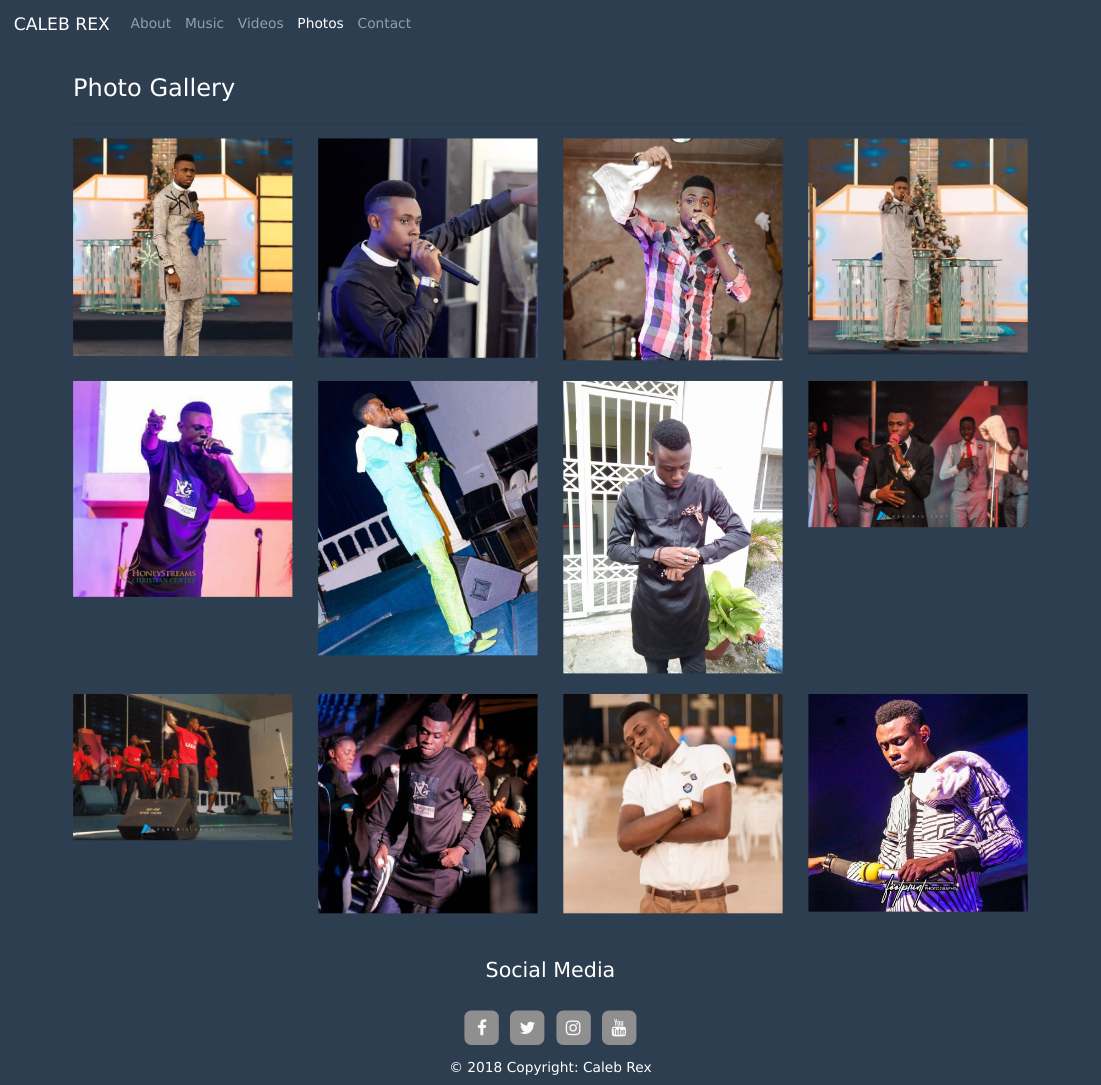
Repository: IchaTreasure/caleb-rex
Page: photos.html
The author's editor kept a record of every edit. The page is drawn from the files as they stood at one moment, then again after the next edit.
The browser window is 1280 px wide. The pictures show the whole page, at 86% of full size.
Some web libraries are served in a nearby version.

Above is the page before.

### photos.html
<!DOCTYPE html>
<html lang="en">

<head>
    <meta charset="UTF-8">
    <meta name="viewport" content="width=device-width, initial-scale=1.0">
    <meta http-equiv="X-UA-Compatible" content="ie=edge">
    <link rel="stylesheet" href="https://maxcdn.bootstrapcdn.com/bootstrap/4.1.3/css/bootstrap.min.css">
    <link rel="stylesheet" href="https://use.fontawesome.com/releases/v5.6.1/css/all.css" integrity="sha384-gfdkjb5BdAXd+lj+gudLWI+BXq4IuLW5IT+brZEZsLFm++aCMlF1V92rMkPaX4PP" crossorigin="anonymous">
    <link rel="stylesheet" href="https://stackpath.bootstrapcdn.com/bootstrap/4.3.1/css/bootstrap.min.css" type="text/css" />
    <link rel="stylesheet" href="https://stackpath.bootstrapcdn.com/font-awesome/4.7.0/css/font-awesome.min.css" type="text/css" />
    <link rel="stylesheet" href="https://cdnjs.cloudflare.com/ajax/libs/hover.css/2.3.1/css/hover-min.css" type="text/css" />
    <link href="https://fonts.googleapis.com/css?family=Roboto:400,700" rel="stylesheet">
    <link rel="stylesheet" href="css/style.css" type="text/css" />
    <title>Caleb Rex</title>
</head>

<body style="background-color: #2c3e50">
    <!-- Navigation Bar -->
    <nav class="navbar navbar-expand-md navbar-dark fixed-top" style="background-color: #2c3e50">
        <a class="navbar-brand" href="index.html">CALEB REX</a>
        <button class="navbar-toggler" type="button" data-toggle="collapse" data-target="#navbarsExampleDefault" aria-controls="navbarsExampleDefault" aria-expanded="false" aria-label="Toggle navigation">
    <span class="navbar-toggler-icon"></span>
  </button>

        <div class="collapse navbar-collapse" id="navbarsExampleDefault">
            <ul class="navbar-nav mr-auto">
                <li class="nav-item right" data-toggle="collapse" data-target=".navbar-collapse.show">
                    <a class="nav-link" href="about.html">About</a>
                </li>
                <li class="nav-item right" data-toggle="collapse" data-target=".navbar-collapse.show">
                    <a class="nav-link" href="music.html">Music</a>
                </li>
                <li class="nav-item right" data-toggle="collapse" data-target=".navbar-collapse.show">
                    <a class="nav-link" href="videos.html">Videos</a>
                </li>
                <li class="nav-item right" data-toggle="collapse" data-target=".navbar-collapse.show">
                    <a class="nav-link active-page" href="photos.html">Photos</a>
                </li>
                <li class="nav-item right" data-toggle="collapse" data-target=".navbar-collapse.show">
                    <a class="nav-link" href="contact.html">Contact</a>
                </li>
            </ul>
        </div>
    </nav>

    <!-- Photo section
    <section style="background-color: #2c3e50; background-image: url('images/photos-page.png'); Width: 100%;"> -->
    <Section>
        <div class="container" Style="padding-top: 30px">
            <div class="row">
                <h3 style="padding-left: 15px; color: white;">Photo Gallery</h3>
            </div>
            <hr style = "color: white;">
            <div class="row">
                <!-- Modal: Image 1 -->
                <div class="col-sm-3">
                    <a class="d-block mb-4 h-100">
            <img class="img-fluid img-hover" src="images/Caleb1.jpg" data-toggle="modal" data-target="#Image1" alt="Caleb 1" style="width: 100%">
          </a>
                    <!-- Modal Content -->
                    <div class="modal fade" id="Image1" tabindex="-1" role="dialog" aria-hidden="true">
                        <div class="modal-dialog modal-lg" role="document">
                            <div class="modal-body">
                                <img class="img-fluid" src="images/Caleb1.jpg" alt="Caleb 1">
                            </div>
                        </div>
                    </div>
                </div>

                <!-- Modal: Image 2 -->
                <div class="col-sm-3">
                    <a class="d-block mb-4 h-100">
            <img class="img-fluid img-hover" src="images/Caleb2.jpg" data-toggle="modal" data-target="#Image2" alt="Caleb 2" style="width: 100%">
          </a>
                    <!-- Modal Content -->
                    <div class="modal fade" id="Image2" tabindex="-1" role="dialog" aria-hidden="true">
                        <div class="modal-dialog modal-lg" role="document">
                            <div class="modal-body">
                                <img class="img-fluid" src="images/Caleb2.jpg" alt="Caleb 2">
                            </div>
                        </div>
                    </div>
                </div>

                <!-- Modal: Image 3 -->
                <div class="col-sm-3">
                    <a class="d-block mb-4 h-100">
            <img class="img-fluid img-hover" src="images/Caleb3.jpg" data-toggle="modal" data-target="#Image3" alt="Caleb 3" style="width: 100%">
          </a>
                    <!-- Modal Content -->
                    <div class="modal fade" id="Image3" tabindex="-1" role="dialog" aria-hidden="true">
                        <div class="modal-dialog modal-lg" role="document">
                            <div class="modal-body">
                                <img class="img-fluid" src="images/Caleb3.jpg" alt="Caleb 3">
                            </div>
                        </div>
                    </div>
                </div>

                <!-- Modal: Image 4 -->
                <div class="col-sm-3">
                    <a class="d-block mb-4 h-100">
            <img class="img-fluid img-hover" src="images/Caleb4.jpg" data-toggle="modal" data-target="#Image4" alt="Caleb 4" style="width: 100%">
          </a>
                    <!-- Modal Content -->
                    <div class="modal fade" id="Image4" tabindex="-1" role="dialog" aria-hidden="true">
                        <div class="modal-dialog modal-lg" role="document">
                            <div class="modal-body">
                                <img class="img-fluid" src="images/Caleb4.jpg" alt="Caleb 4">
                            </div>
                        </div>
                    </div>
                </div>
            </div>

            <div class="row">
                <!-- Modal: Image 5 -->
                <div class="col-sm-3">
                    <a class="d-block mb-4 h-100">
            <img class="img-fluid img-hover" src="images/Caleb5.jpg" data-toggle="modal" data-target="#Image5" alt="Caleb 5" style="width: 100%">
          </a>
                    <!-- Modal Content -->
                    <div class="modal fade" id="Image5" tabindex="-1" role="dialog" aria-hidden="true">
                        <div class="modal-dialog modal-lg" role="document">
                            <div class="modal-body">
                                <img class="img-fluid" src="images/Caleb5.jpg" alt="Caleb 5">
                            </div>
                        </div>
                    </div>
                </div>

                <!-- Modal: Image 6 -->
                <div class="col-sm-3">
                    <a class="d-block mb-4 h-100">
            <img class="img-fluid img-hover" src="images/Caleb6.jpg" data-toggle="modal" data-target="#Image6" alt="Caleb 6" style="width: 100%">
          </a>
                    <!-- Modal Content -->
                    <div class="modal fade" id="Image6" tabindex="-1" role="dialog" aria-hidden="true">
                        <div class="modal-dialog modal-lg" role="document">
                            <div class="modal-body">
                                <img class="img-fluid" src="images/Caleb6.jpg" alt="Caleb 6">
                            </div>
                        </div>
                    </div>
                </div>

                <!-- Modal: Image 7 -->
                <div class="col-sm-3">
                    <a class="d-block mb-4 h-100">
            <img class="img-fluid img-hover" src="images/Caleb7.jpg" data-toggle="modal" data-target="#Image7" alt="Caleb 7" style="width: 100%">
          </a>
                    <!-- Modal Content -->
                    <div class="modal fade" id="Image7" tabindex="-1" role="dialog" aria-hidden="true">
                        <div class="modal-dialog modal-lg" role="document">
                            <div class="modal-body">
                                <img class="img-fluid" src="images/Caleb7.jpg" alt="Caleb 7">
                            </div>
                        </div>
                    </div>
                </div>

                <!-- Modal: Image 8 -->
                <div class="col-sm-3">
                    <a class="d-block mb-4 h-100">
            <img class="img-fluid img-hover" src="images/Caleb8.jpg" data-toggle="modal" data-target="#Image8" alt="Caleb 8" style="width: 100%">
          </a>
                    <!-- Modal Content -->
                    <div class="modal fade" id="Image8" tabindex="-1" role="dialog" aria-hidden="true">
                        <div class="modal-dialog modal-lg" role="document">
                            <div class="modal-body">
                                <img class="img-fluid" src="images/Caleb8.jpg" alt="Caleb 8">
                            </div>
                        </div>
                    </div>
                </div>
            </div>

            <div class="row">
                <!-- Modal: Image 9 -->
                <div class="col-sm-3">
                    <a class="d-block mb-4 h-100">
            <img class="img-fluid img-hover" src="images/Caleb9.jpg" data-toggle="modal" data-target="#Image9" alt="Caleb 9" style="width: 100%">
          </a>
                    <!-- Modal Content -->
                    <div class="modal fade" id="Image9" tabindex="-1" role="dialog" aria-hidden="true">
                        <div class="modal-dialog modal-lg" role="document">
                            <div class="modal-body">
                                <img class="img-fluid" src="images/Caleb9.jpg" alt="Caleb 9">
                            </div>
                        </div>
                    </div>
                </div>

                <!-- Modal: Image 10 -->
                <div class="col-sm-3">
                    <a class="d-block mb-4 h-100">
            <img class="img-fluid img-hover" src="images/Caleb11.jpg" data-toggle="modal" data-target="#Image11" alt="Caleb 10" style="width: 100%">
          </a>
                    <!-- Modal Content -->
                    <div class="modal fade" id="Image11" tabindex="-1" role="dialog" aria-hidden="true">
                        <div class="modal-dialog modal-lg" role="document">
                            <div class="modal-body">
                                <img class="img-fluid" src="images/Caleb11.jpg" alt="Caleb 10">
                            </div>
                        </div>
                    </div>
                </div>

                <!-- Modal: Image 11 -->
                <div class="col-sm-3">
                    <a class="d-block mb-4 h-100">
            <img class="img-fluid img-hover" src="images/Caleb12.jpg" data-toggle="modal" data-target="#Image12" alt="Caleb 11" style="width: 100%">
          </a>
                    <!-- Modal Content -->
                    <div class="modal fade" id="Image12" tabindex="-1" role="dialog" aria-hidden="true">
                        <div class="modal-dialog modal-lg" role="document">
                            <div class="modal-body">
                                <img class="img-fluid" src="images/Caleb12.jpg" alt="Caleb 11">
                            </div>
                        </div>
                    </div>
                </div>

                <!-- Modal: Image 12 -->
                <div class="col-sm-3">
                    <a class="d-block mb-4 h-100">
            <img class="img-fluid img-hover" src="images/Caleb14.jpg" data-toggle="modal" data-target="#Image14" alt="Caleb 12" style="width: 100%">
          </a>
                    <!-- Modal Content -->
                    <div class="modal fade" id="Image14" tabindex="-1" role="dialog" aria-hidden="true">
                        <div class="modal-dialog modal-lg" role="document">
                            <div class="modal-body">
                                <img class="img-fluid" src="images/Caleb14.jpg" alt="Caleb 12">
                            </div>
                        </div>
                    </div>
                </div>
            </div>
        </div>
    </section>

    <!-- Footer -->
    <footer class="py-1" style="background-color: #2c3e50; text-align: center;">
        <div class="container">
            <br>
            <h4 style = "color: white">Social Media</h4>
            <br>
            <ul class="list-inline social-links">
                <li class="list-inline-item">
                    <a target="_blank" href="https://www.facebook.com/caleb.rex.96"><i class = " fa fa-facebook" aria-hidden="true"></i><span class = "sr-only">Facebook</span></a>
                </li>
                <li class="list-inline-item">
                    <a target="_blank" href="https://twitter.com/calebrex01"><i class = " fa fa-twitter" aria-hidden="true"></i><span class = "sr-only">Twitter</span></a>
                </li>
                <li class="list-inline-item">
                    <a target="_blank" href="https://www.instagram.com/caleb.rex01/"><i class = " fa fa-instagram" aria-hidden="true"></i><span class = "sr-only">Instagram</span></a>
                </li>
                <li class="list-inline-item">
                    <a target="_blank" href="https://www.youtube.com/channel/UC_B7e65upco510Sio9dZJhg"><i class = " fa fa-youtube" aria-hidden="true"></i><span class = "sr-only">Youtube</span></a>
                </li>
            </ul>
        </div>

        <h6 style="text-align: center; color: white;">© 2018 Copyright: Caleb Rex</h6>
        <!-- /.container -->
    </footer>
    <!-- Bootstrap core JavaScript -->
    <script src="https://code.jquery.com/jquery-3.3.1.slim.min.js" integrity="sha384-q8i/X+965DzO0rT7abK41JStQIAqVgRVzpbzo5smXKp4YfRvH+8abtTE1Pi6jizo" crossorigin="anonymous"></script>
    <script src="https://cdnjs.cloudflare.com/ajax/libs/popper.js/1.14.3/umd/popper.min.js" integrity="sha384-ZMP7rVo3mIykV+2+9J3UJ46jBk0WLaUAdn689aCwoqbBJiSnjAK/l8WvCWPIPm49" crossorigin="anonymous"></script>
    <script src="https://stackpath.bootstrapcdn.com/bootstrap/4.1.3/js/bootstrap.min.js" integrity="sha384-ChfqqxuZUCnJSK3+MXmPNIyE6ZbWh2IMqE241rYiqJxyMiZ6OW/JmZQ5stwEULTy" crossorigin="anonymous"></script>
    <script src="https://code.jquery.com/jquery-3.3.1.slim.min.js" integrity="sha384-q8i/X+965DzO0rT7abK41JStQIAqVgRVzpbzo5smXKp4YfRvH+8abtTE1Pi6jizo" crossorigin="anonymous"></script>
    <script src="https://cdnjs.cloudflare.com/ajax/libs/popper.js/1.14.7/umd/popper.min.js" integrity="sha384-UO2eT0CpHqdSJQ6hJty5KVphtPhzWj9WO1clHTMGa3JDZwrnQq4sF86dIHNDz0W1" crossorigin="anonymous"></script>
    <script src="https://stackpath.bootstrapcdn.com/bootstrap/4.3.1/js/bootstrap.min.js" integrity="sha384-JjSmVgyd0p3pXB1rRibZUAYoIIy6OrQ6VrjIEaFf/nJGzIxFDsf4x0xIM+B07jRM" crossorigin="anonymous"></script>
</body>
</html>

### css/style.css
/*---------------------------- css for body */
body {
  font-family: 'Lucida Grande', sans-serif;
  padding-top: 56px;
}

.active-page
{
  color: white !important ;
}

p{
	color: white;
}

h1, h2, h3, h4, h5, h6 {
	color: white;
}

label{
	color: white;
}

/*----------------------------------------- Modal Styling */
.modal-body{
    color: #615650;
    text-align: center;
}

.modal-content{
    background-color: #dbc7bd;
    padding: 20px;
}

.img-hover:hover{
    cursor: pointer;
    opacity: 0.6;
    transition: all 0.35s ease-in-out;
    -moz-transition: all 0.35s ease-in-out;
    -webkit-transition: all 0.35s ease-in-out;
    -o-transition: all 0.35s ease-in-out;
}

/*---------------------------- css for contact form: https://www.sanwebe.com/2014/08/css-html-forms-designs */
.form-style-1 {
	margin:10px auto;
	max-width: 400px;
	padding: 20px 12px 10px 20px;
	font: 13px "Lucida Sans Unicode", "Lucida Grande", sans-serif;
}
.form-style-1 li {
	padding: 0;
	display: block;
	list-style: none;
	margin: 10px 0 0 0;
}
.form-style-1 label{
	margin:0 0 3px 0;
	padding:0px;
	display:block;
	font-weight: bold;
}
.form-style-1 input[type=text],
.form-style-1 input[type=date],
.form-style-1 input[type=datetime],
.form-style-1 input[type=number],
.form-style-1 input[type=search],
.form-style-1 input[type=time],
.form-style-1 input[type=url],
.form-style-1 input[type=email],
textarea,
select{
	box-sizing: border-box;
	-webkit-box-sizing: border-box;
	-moz-box-sizing: border-box;
	border:1px solid #BEBEBE;
	padding: 7px;
	margin:0px;
	-webkit-transition: all 0.30s ease-in-out;
	-moz-transition: all 0.30s ease-in-out;
	-ms-transition: all 0.30s ease-in-out;
	-o-transition: all 0.30s ease-in-out;
	outline: none;
}

.form-style-1 input[type=text]:focus,
.form-style-1 input[type=date]:focus,
.form-style-1 input[type=datetime]:focus,
.form-style-1 input[type=number]:focus,
.form-style-1 input[type=search]:focus,
.form-style-1 input[type=time]:focus,
.form-style-1 input[type=url]:focus,
.form-style-1 input[type=email]:focus,
.form-style-1 textarea:focus,
.form-style-1 select:focus{
	-moz-box-shadow: 0 0 8px #88D5E9;
	-webkit-box-shadow: 0 0 8px #88D5E9;
	box-shadow: 0 0 8px #88D5E9;
	border: 1px solid #88D5E9;
}

.form-style-1 .field-divided{
	width: 49%;
}

.form-style-1 .field-long{
	width: 100%;
}
.form-style-1 .field-select{
	width: 100%;
}
.form-style-1 .field-textarea{
	height: 100px;
}
.form-style-1 input[type=submit], .form-style-1 input[type=button]{
	background: #4B99AD;
	padding: 8px 15px 8px 15px;
	border: none;
	color: #fff;
}

.form-style-1 input[type=submit]:hover, .form-style-1 input[type=button]:hover{
	background: #4691A4;
	box-shadow:none;
	-moz-box-shadow:none;
	-webkit-box-shadow:none;
}

.form-style-1 .required{
	color:red;
}

/*---------------------------- css for footer*/
footer {
  background-color: #7D0D11;
  color: black;
}

.social-links li a i {
  width: 40px;
  height: 40px;
  padding: 10px;
  border-radius: 20%;
  font-size: 20px;
  line-height: 20px;
  text-align: center;
  color: #fafafa;
  background: #8f8f8f;
  transition: all 0.35s ease-in-out;
  -moz-transition: all 0.35s ease-in-out;
  -webkit-transition: all 0.35s ease-in-out;
  -o-transition: all 0.35s ease-in-out;
}

.social-links li a i:hover {
  background: black;
}

After the next edit:
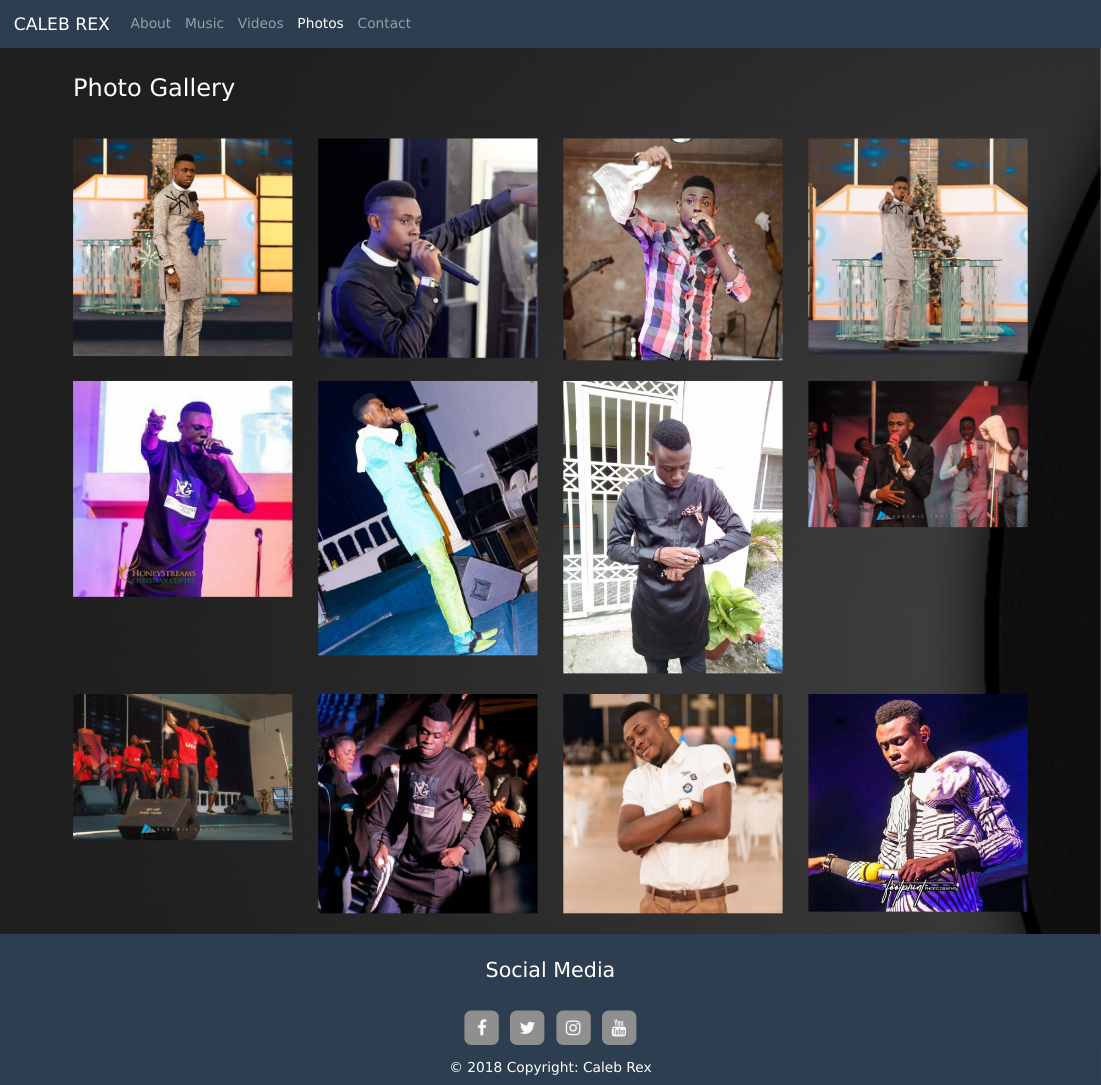
The edit:
--- a/photos.html
+++ b/photos.html
@@ -15,7 +15,7 @@
     <title>Caleb Rex</title>
 </head>
 
-<body style="background-color: #2c3e50">
+<body style="background-image: url('images/photos-page.png'); Width: 100%;">
     <!-- Navigation Bar -->
     <nav class="navbar navbar-expand-md navbar-dark fixed-top" style="background-color: #2c3e50">
         <a class="navbar-brand" href="index.html">CALEB REX</a>
